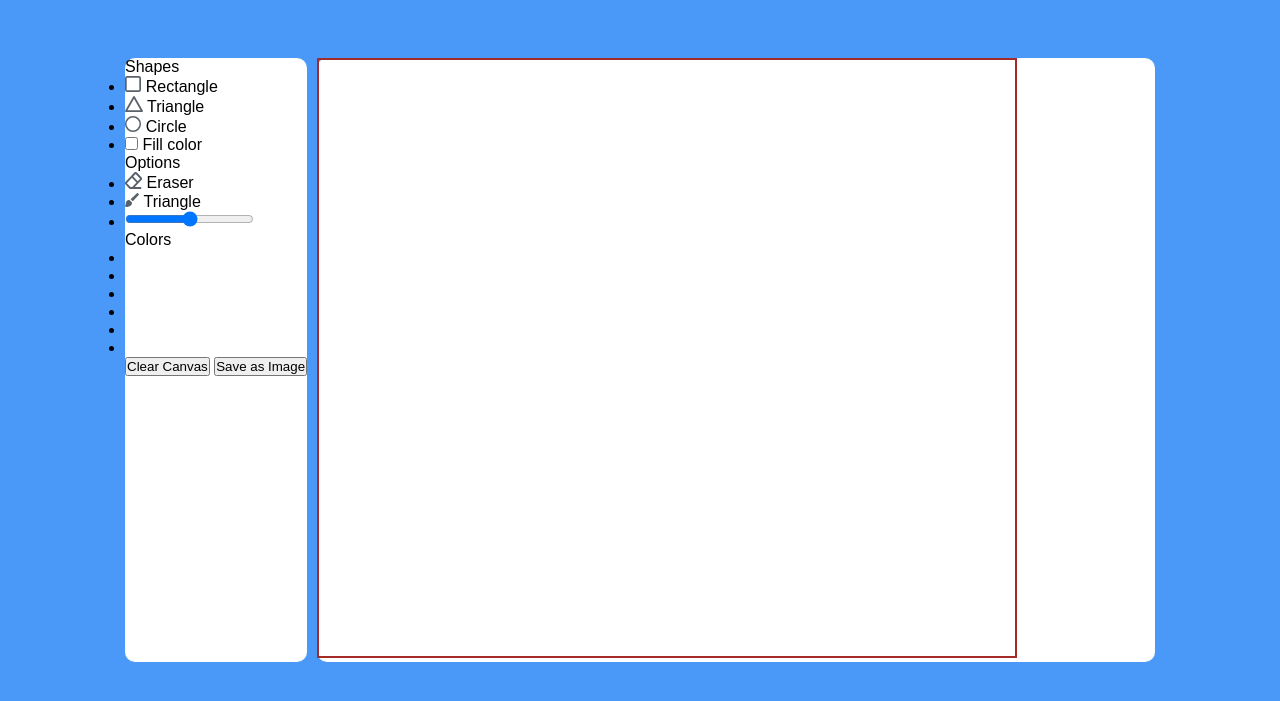
Repository: mdsajib50/Drawing-app
Page: index.html
The author's editor kept a copy of each file at every save. The page is drawn from the files as they stood at one save, then again after a run of saves.
The browser window is 1280 px wide. The pictures show the whole page.

Above is the page before, as saved 2025-02-17 21:42:46.

After the next 7 saves:
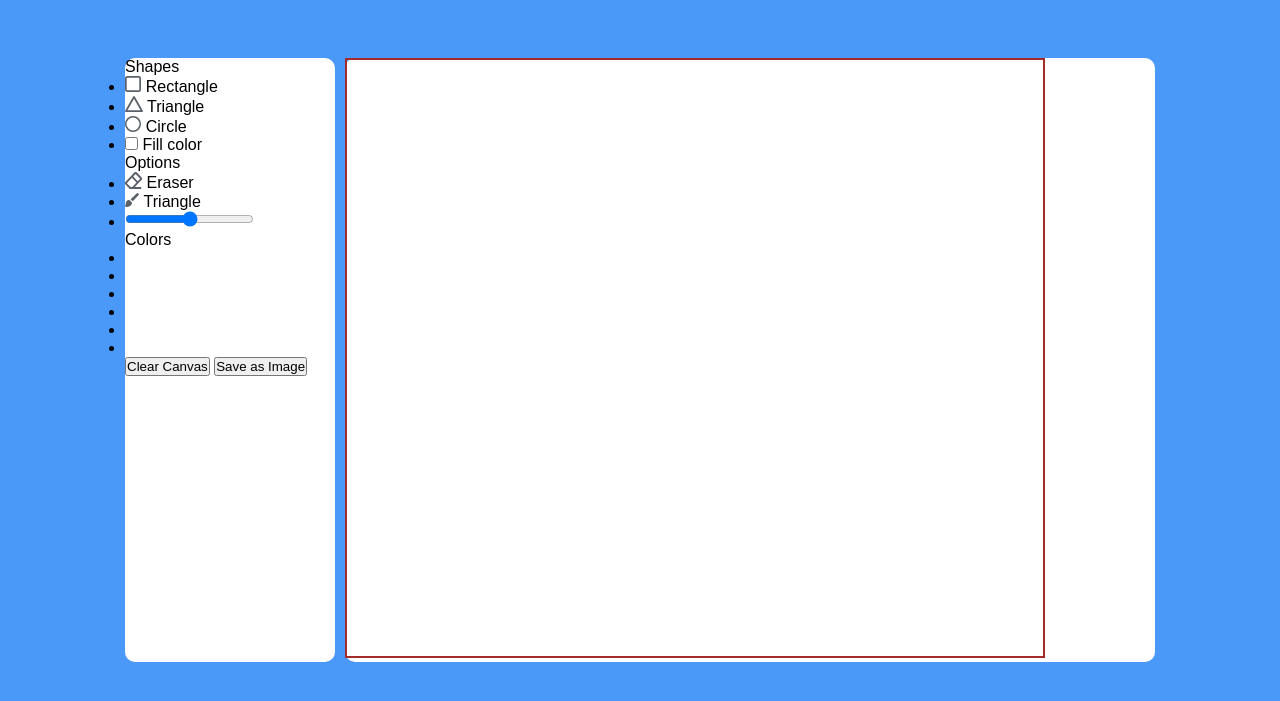
The 7 saves are shown as one change because they came seconds apart.
The last was saved 18 s later.
--- a/style.css
+++ b/style.css
@@ -26,7 +26,8 @@ section{
 }
 
 .tools{
-
+    width: 210px;
+    width: ;
 }
 
 .drawing-board{
